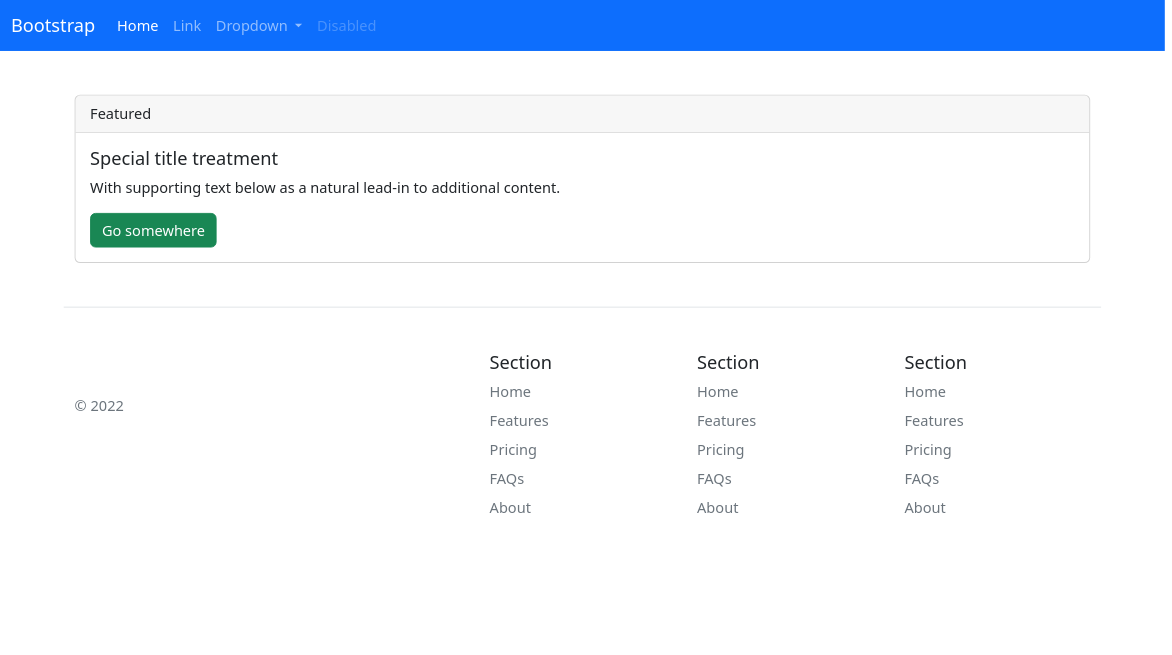
Repository: leosulzbach/Aula
Page: Bootstrap/bootstrap.html
The author's editor kept a copy of each file at every save. The page is drawn from the files as they stood at one save, then again after the next save.
The browser window is 1280 px wide. The page is 1280 px wide, then 1288 px, so the pictures cover 1288 px, including what lies to the right of the window. The pictures show the whole page, at 91% of full size.

Above is the page before, as saved 2022-05-26 14:23:34.

### Bootstrap/bootstrap.html
<!DOCTYPE html>
<html lang="PT-BR">
<head>
    <meta charset="UTF-8">
    <meta http-equiv="X-UA-Compatible" content="IE=edge">
    <meta name="viewport" content="width=device-width, initial-scale=1.0">
    <link href="https://cdn.jsdelivr.net/npm/bootstrap@5.2.0-beta1/dist/css/bootstrap.min.css" rel="stylesheet" integrity="sha384-0evHe/X+R7YkIZDRvuzKMRqM+OrBnVFBL6DOitfPri4tjfHxaWutUpFmBp4vmVor" crossorigin="anonymous">
    <script src="https://cdn.jsdelivr.net/npm/bootstrap@5.2.0-beta1/dist/js/bootstrap.bundle.min.js" integrity="sha384-pprn3073KE6tl6bjs2QrFaJGz5/SUsLqktiwsUTF55Jfv3qYSDhgCecCxMW52nD2" crossorigin="anonymous"></script>
    <title>Bootstrap</title>
</head>
<body>
    <nav class="navbar navbar-expand-lg navbar-dark bg-primary">
        <div class="container-fluid">
          <a class="navbar-brand" href="#">Bootstrap</a>

          <button class="navbar-toggler" type="button" data-bs-toggle="collapse" data-bs-target="#navbarSupportedContent" aria-controls="navbarSupportedContent" aria-expanded="false" aria-label="Toggle navigation">
            <span class="navbar-toggler-icon"></span>
          </button>

          <div class="collapse navbar-collapse" id="navbarSupportedContent">
            <ul class="navbar-nav me-auto mb-2 mb-lg-0">
              <li class="nav-item">
                <a class="nav-link active" aria-current="page" href="#">Home</a>
              </li>
              <li class="nav-item">
                <a class="nav-link" href="#">Link</a>
              </li>

              <li class="nav-item dropdown">
                <a class="nav-link dropdown-toggle" href="#" id="navbarDropdown" role="button" data-bs-toggle="dropdown" aria-expanded="false">
                  Dropdown
                </a>
                <ul class="dropdown-menu" aria-labelledby="navbarDropdown">
                  <li><a class="dropdown-item" href="#">Action</a></li>
                  <li><a class="dropdown-item" href="#">Another action</a></li>
                  <li><hr class="dropdown-divider"></li>
                  <li><a class="dropdown-item" href="#">Something else here</a></li>
                </ul>
              </li>
              <li class="nav-item">
                <a class="nav-link disabled">Disabled</a>
              </li>
            </ul>

          </div>
        </div>
      </nav>

      <main class="container">

        <div class="card mt-5">
            <div class="card-header">
              Featured
            </div>
            <div class="card-body">
              <h5 class="card-title">Special title treatment</h5>
              <p class="card-text">With supporting text below as a natural lead-in to additional content.</p>
              <a href="#" class="btn btn-success">Go somewhere</a>
            </div>
          </div>
      </main>



      <div class="container">
        <footer class="row row-cols-1 row-cols-sm-2 row-cols-md-5 py-5 my-5 border-top">
          <div class="col mb-3">
            <a href="/" class="d-flex align-items-center mb-3 link-dark text-decoration-none">
              <svg class="bi me-2" width="40" height="32"><use xlink:href="#bootstrap"></use></svg>
            </a>
            <p class="text-muted">© 2022</p>
          </div>

          <div class="col mb-3">

          </div>

          <div class="col mb-3">
            <h5>Section</h5>
            <ul class="nav flex-column">
              <li class="nav-item mb-2"><a href="#" class="nav-link p-0 text-muted">Home</a></li>
              <li class="nav-item mb-2"><a href="#" class="nav-link p-0 text-muted">Features</a></li>
              <li class="nav-item mb-2"><a href="#" class="nav-link p-0 text-muted">Pricing</a></li>
              <li class="nav-item mb-2"><a href="#" class="nav-link p-0 text-muted">FAQs</a></li>
              <li class="nav-item mb-2"><a href="#" class="nav-link p-0 text-muted">About</a></li>
            </ul>
          </div>

          <div class="col mb-3">
            <h5>Section</h5>
            <ul class="nav flex-column">
              <li class="nav-item mb-2"><a href="#" class="nav-link p-0 text-muted">Home</a></li>
              <li class="nav-item mb-2"><a href="#" class="nav-link p-0 text-muted">Features</a></li>
              <li class="nav-item mb-2"><a href="#" class="nav-link p-0 text-muted">Pricing</a></li>
              <li class="nav-item mb-2"><a href="#" class="nav-link p-0 text-muted">FAQs</a></li>
              <li class="nav-item mb-2"><a href="#" class="nav-link p-0 text-muted">About</a></li>
            </ul>
          </div>


          <div class="col mb-3">
            <h5>Section</h5>
            <ul class="nav flex-column">
              <li class="nav-item mb-2"><a href="#" class="nav-link p-0 text-muted">Home</a></li>
              <li class="nav-item mb-2"><a href="#" class="nav-link p-0 text-muted">Features</a></li>
              <li class="nav-item mb-2"><a href="#" class="nav-link p-0 text-muted">Pricing</a></li>
              <li class="nav-item mb-2"><a href="#" class="nav-link p-0 text-muted">FAQs</a></li>
              <li class="nav-item mb-2"><a href="#" class="nav-link p-0 text-muted">About</a></li>
            </ul>
          </div>
        </footer>
      </div>
</body>
</html>

After the next save:
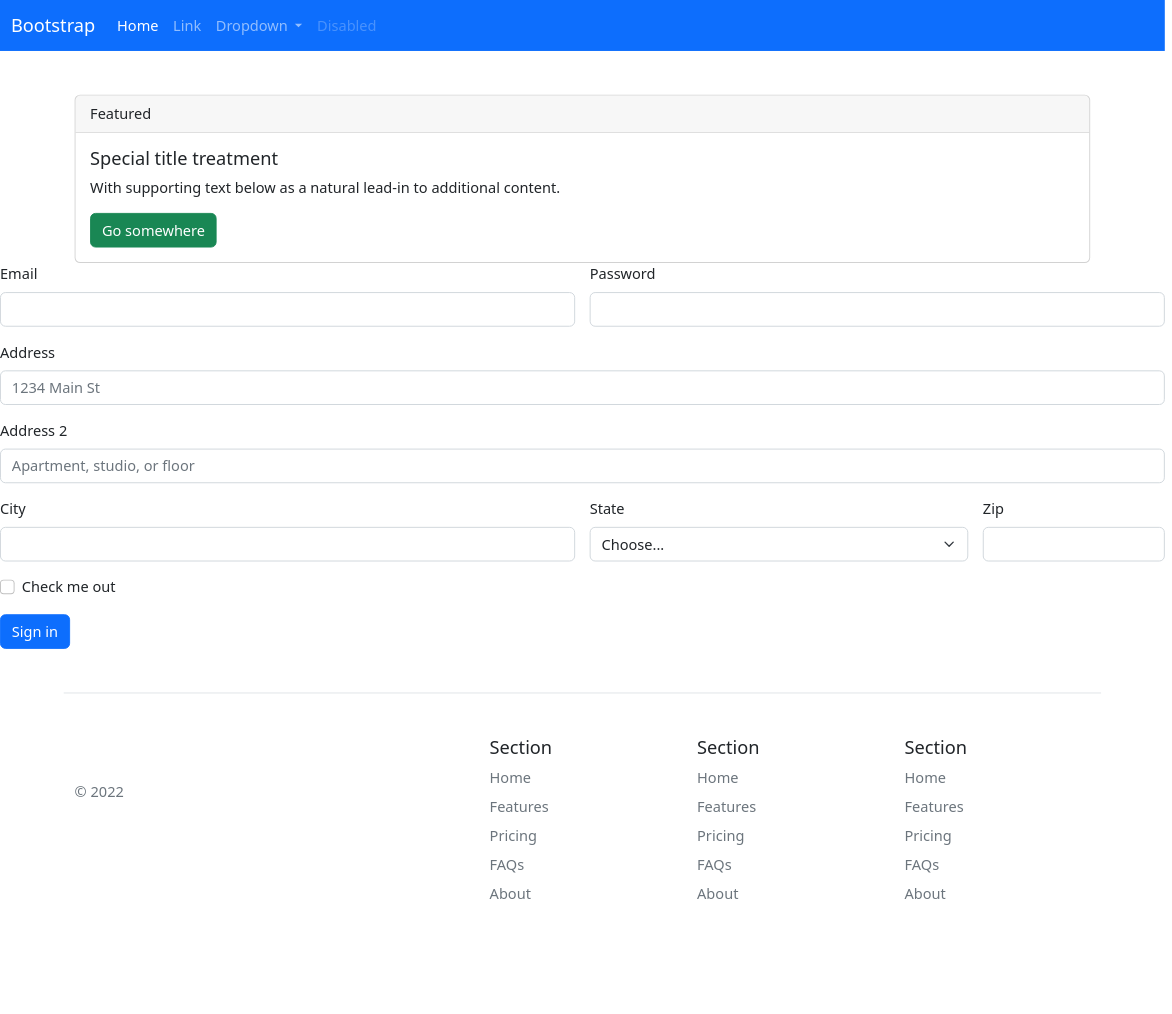
Saved 5 min 28 s later.
--- a/Bootstrap/bootstrap.html
+++ b/Bootstrap/bootstrap.html
@@ -60,7 +60,50 @@
           </div>
       </main>
 
-
+      <form class="row g-3">
+        <div class="col-md-6">
+          <label for="inputEmail4" class="form-label">Email</label>
+          <input type="email" class="form-control" id="inputEmail4">
+        </div>
+        <div class="col-md-6">
+          <label for="inputPassword4" class="form-label">Password</label>
+          <input type="password" class="form-control" id="inputPassword4">
+        </div>
+        <div class="col-12">
+          <label for="inputAddress" class="form-label">Address</label>
+          <input type="text" class="form-control" id="inputAddress" placeholder="1234 Main St">
+        </div>
+        <div class="col-12">
+          <label for="inputAddress2" class="form-label">Address 2</label>
+          <input type="text" class="form-control" id="inputAddress2" placeholder="Apartment, studio, or floor">
+        </div>
+        <div class="col-md-6">
+          <label for="inputCity" class="form-label">City</label>
+          <input type="text" class="form-control" id="inputCity">
+        </div>
+        <div class="col-md-4">
+          <label for="inputState" class="form-label">State</label>
+          <select id="inputState" class="form-select">
+            <option selected>Choose...</option>
+            <option>...</option>
+          </select>
+        </div>
+        <div class="col-md-2">
+          <label for="inputZip" class="form-label">Zip</label>
+          <input type="text" class="form-control" id="inputZip">
+        </div>
+        <div class="col-12">
+          <div class="form-check">
+            <input class="form-check-input" type="checkbox" id="gridCheck">
+            <label class="form-check-label" for="gridCheck">
+              Check me out
+            </label>
+          </div>
+        </div>
+        <div class="col-12">
+          <button type="submit" class="btn btn-primary">Sign in</button>
+        </div>
+      </form>
 
       <div class="container">
         <footer class="row row-cols-1 row-cols-sm-2 row-cols-md-5 py-5 my-5 border-top">
